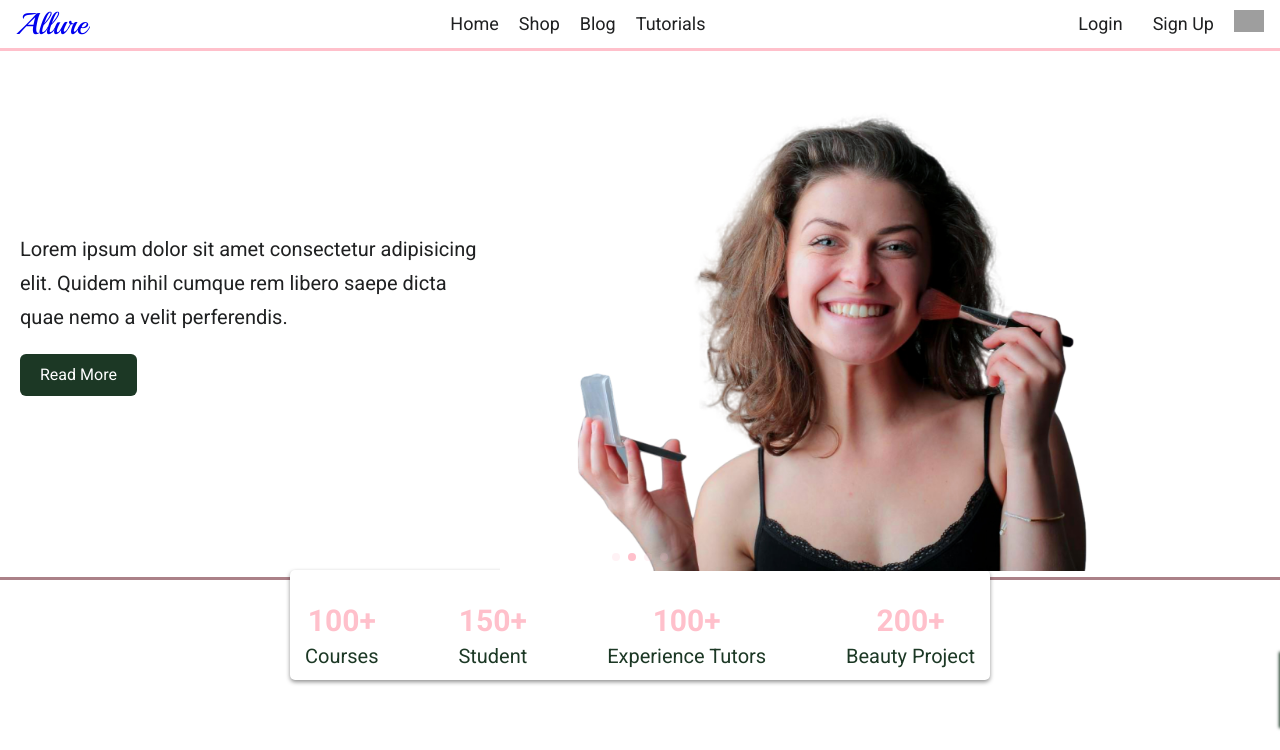
Repository: Benedict-Anthony/Allure-E-commerce-React-Js
Page: /
These files come from the project's save history. The page is drawn as it stood at one moment and after the next save; the edit follows.
The browser window is 1280 px wide. The pictures show the whole page.
Pictures or frames that could not be fetched are drawn as grey boxes. The page's requests for data from a server got no answer. The project was rebuilt for these pictures with package versions that can differ from the ones it lists, and the page was loaded fresh each time. No one was signed in, and anything a server would have sent is missing. Also part of the build but not shown: src/App.css, src/css/courses.css, src/css/button.css, src/shared/Button.tsx, src/shared/Course.tsx, src/shared/Product.tsx, src/pages/Shop.tsx, src/pages/Tutorials.tsx and 17 more.

Above is the page before, as saved 2023-01-28 02:54:44.

After the next save:
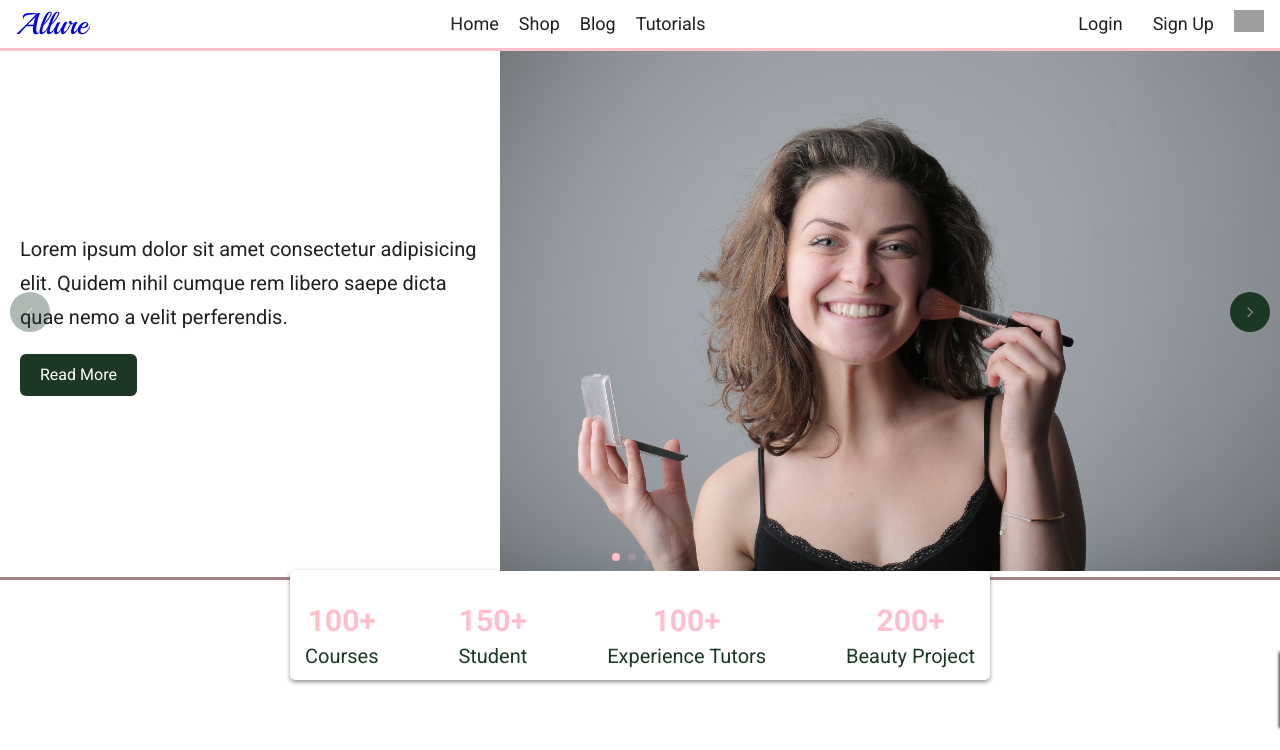
Saved 17 min 21 s later.
--- a/src/components/Landing.tsx
+++ b/src/components/Landing.tsx
@@ -2,15 +2,19 @@
 import { FC } from "react";
 import Card from '../shared/Card';
 
-import "../css/landing.css";
+
 import { Swiper, SwiperSlide } from "swiper/react";
+import { EffectFade, Autoplay, Pagination, Navigation } from "swiper";
 import "swiper/css";
 import "swiper/css/pagination";
-import { Autoplay, Pagination, Navigation } from "swiper";
+import "swiper/css/effect-fade";
+import "swiper/css/navigation";
 
 
 import { landing } from '../scripts/landing';
 import { Courses } from '../scripts/topNavItems';
+
+import "../css/landing.css";
 
 
 const Landing: FC = () => {
@@ -19,17 +23,23 @@
         <section className="landing" id="home">
             <main className="hero">
                 <Swiper
-                    loop={true}
-                    loopFillGroupWithBlank={true}
+                    // loop={true}
+                    // loopFillGroupWithBlank={true}
+                    // pagination={{
+                    //     clickable: true,
+                    // }}
+                    // modules={[Autoplay, Pagination, Navigation]}
+                    // autoplay={{
+                    //     delay: 3500,
+                    //     disableOnInteraction: false
+                    // }}
+                    spaceBetween={30}
+                    effect={"fade"}
+                    navigation={true}
                     pagination={{
                         clickable: true,
                     }}
-                    modules={[Autoplay, Pagination, Navigation]}
-                    autoplay={{
-                        delay: 3500,
-                        disableOnInteraction: false
-                    }}
-
+                    modules={[EffectFade, Navigation, Pagination, Autoplay]}
                     className="mySwiper">
                     {landing.map((item, index) => (
                         <SwiperSlide key={index}>

After the save that followed:
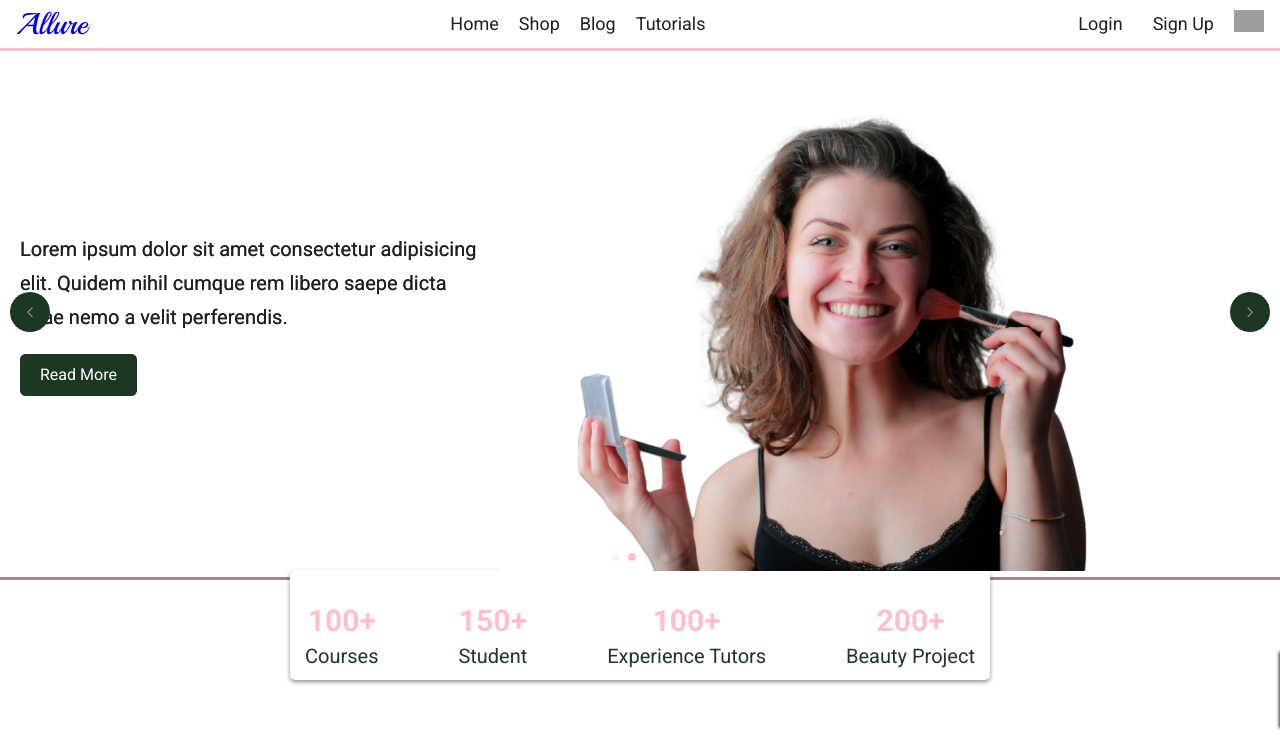
Saved 117 s later.
--- a/src/components/Landing.tsx
+++ b/src/components/Landing.tsx
@@ -28,11 +28,10 @@
                     // pagination={{
                     //     clickable: true,
                     // }}
-                    // modules={[Autoplay, Pagination, Navigation]}
-                    // autoplay={{
-                    //     delay: 3500,
-                    //     disableOnInteraction: false
-                    // }}
+                    autoplay={{
+                        delay: 3000,
+                        disableOnInteraction: false
+                    }}
                     spaceBetween={30}
                     effect={"fade"}
                     navigation={true}
